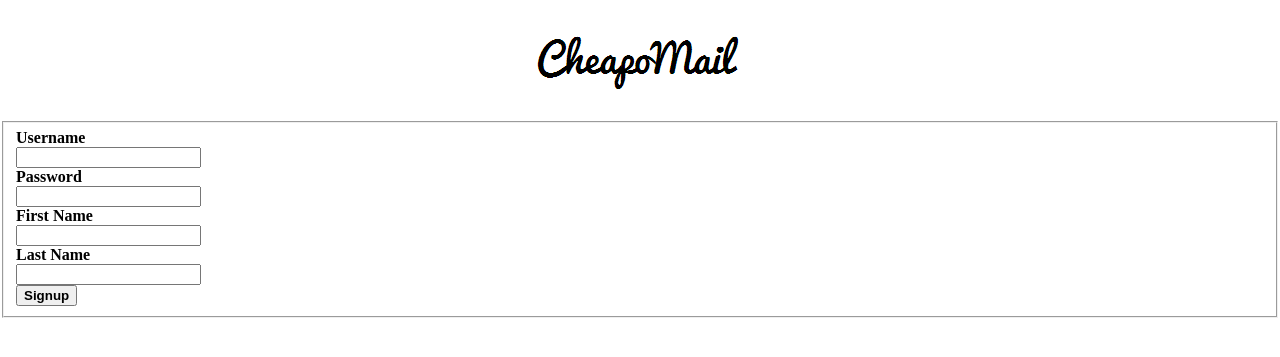
Repository: BobbyV/cheapomail
Page: adduser.html
The author's editor kept a record of every edit. The page is drawn from the files as they stood at one moment, then again after the next edit.
The browser window is 1280 px wide. The pictures show the whole page.

Above is the page before.

### adduser.html
<!DOCTYPE html>
<html>
  <head>
    <title>Add User to Cheapo Mail</title>
    <link rel=stylesheet type="text/css" href="login.css">
    <script type="text/javascript" src="login.js"></script>
    <script src="lib/jquery-1.11.1.js"></script>
    <script src=""></script>
  </head>

  <body>
    <img class="logo" src="mail.png"/>
    <form id="logininfo" action="Signup.php" method="post">
    <fieldset>
    <div id="info">
        <strong>Username</strong><br> <input type="text" id ="username" name="username" class="textfield"> <br>
        <strong>Password</strong><br> <input type="password" id ="password" name="password" class="textfield"> <br>
        <strong>First Name</strong><br> <input type="password" id ="password" name="firstname" class="textfield"> <br>
        <strong>Last Name</strong><br> <input type="password" id ="password" name="lastname" class="textfield"> <br>
        <button type= "button" id="login" onclick= "validate();"> <strong> Signup </strong> </button>
    </div>
    </fieldset>
    </form>
     <div id= "login_status"></div>
  </body>
</html>

### login.css
body
{
    margin: auto;
}

img.logo
{
    display: block;
    margin-left: auto;
    margin-right: auto;
    margin-top: 30px;
    padding: 5px 50px 30px 50px;
}

### login.js
window.onload = function()
{

}


function validate()
    {
	var username = $("username").value;
	var password = $("password").value;
	console.log("Got the values");
    	var re =/((?=.*\d)(?=.*[a-z])(?=.*[A-Z]).{8,})/ ;
	if(!(re.test(password))){
        alert("Password not valid");
        return false;

	}


    var responseMessage;
	var requeststring = "login.php?username="+username+"&password="+password;
	var getstuff = new XMLHttpRequest();
	getstuff.onreadystatechange = function(){
        if(getstuff.readyState==8 && getstuff.status==200 ){
           responseMessage = getstuff.responseText;
           console.log(responseMessage);
           if (responseMessage=="fail") {
               document.getElementById("login_status").innerHTML= "<div class='loginstat'><strong> Login Failed </strong></div>";

            }else if(responseMessage=="pass"){
                document.getElementById("login_status").innerHTML= "<div class='loginstat'><strong> Login Success </strong></div>";
                window.location.href="homepage.html";

            }


        }
	};
	getstuff.open("get",requeststring ,true);
    getstuff.send();



};

Loaded but not shown: lib/jquery-1.11.1.js (library)

After the next edit:
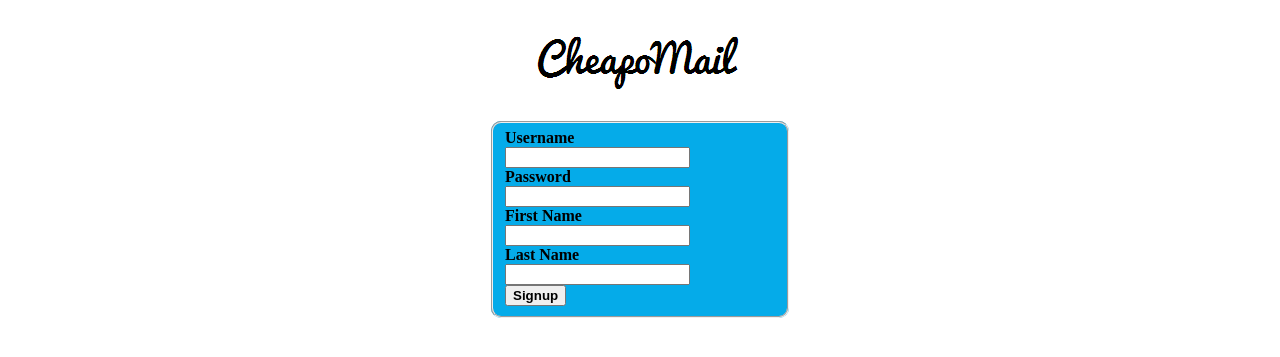
The edit:
--- a/login.css
+++ b/login.css
@@ -11,3 +11,11 @@ img.logo
     margin-top: 30px;
     padding: 5px 50px 30px 50px;
 }
+
+fieldset
+{
+    width: 270px;
+    background-color: #05abe9;
+    border-radius: 10px;
+    margin: auto;
+}
